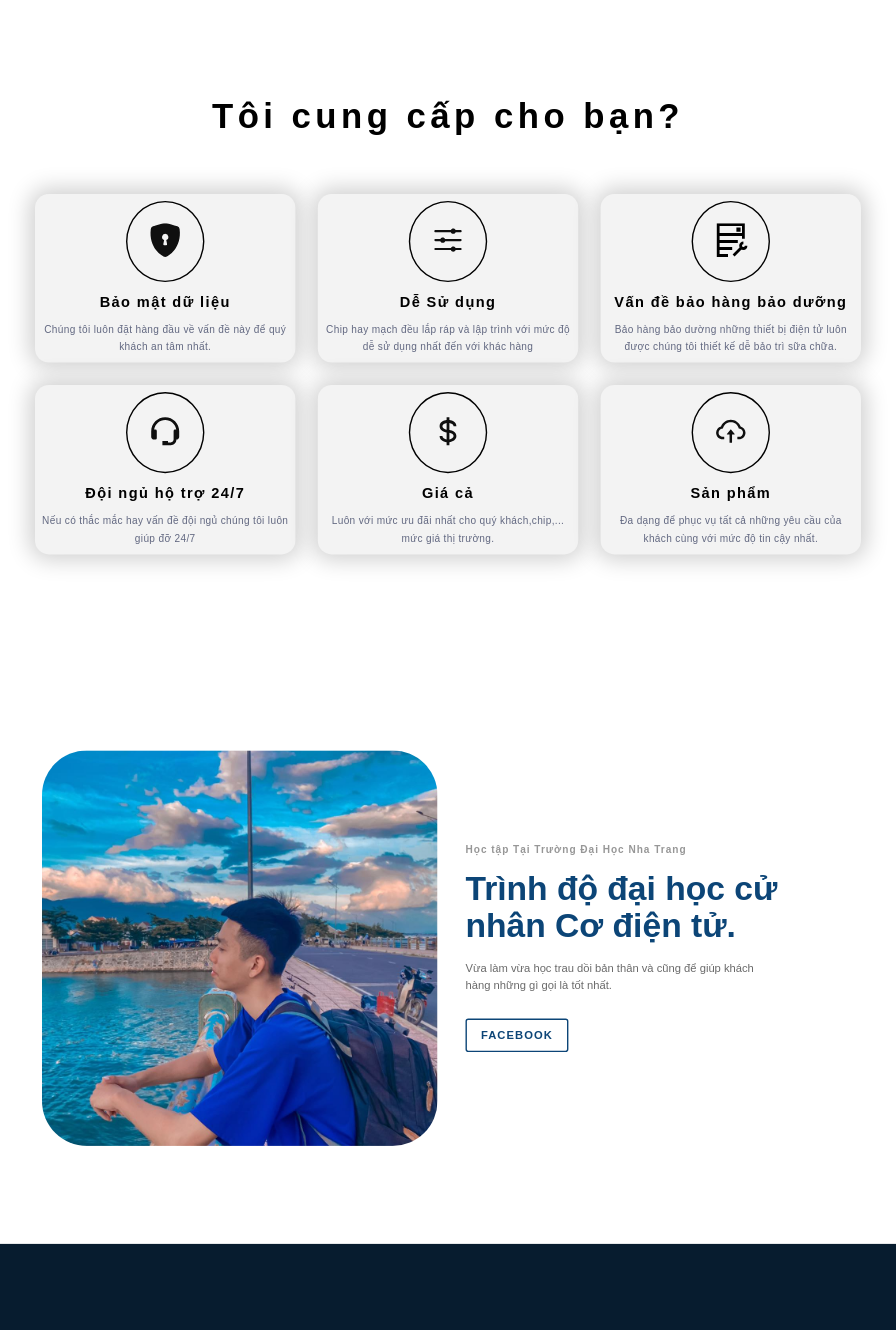
Repository: fdhhhdjd/Profile-Gift-B_H_Q_Trung
Page: /
The author's editor kept a copy of each file at every save. The page is drawn from the files as they stood at one save, then again after the next save.
The browser window is 1280 px wide. The pictures show the part of the page from y = 720 to 2620 px (the page is 4932 px tall), at 70% of full size.
The project was rebuilt for these pictures with package versions that can differ from the ones it lists, and the page was loaded fresh each time. Also part of the build but not shown: src/Styles/PricingStyles.js, src/Data/PricingData.js, src/Pages/PricingPage.js. Imported but missing from the stored project, and not drawn on this page: src/Pages/SignUpPage.

Above is the page before, as saved 2021-10-29 19:43:18.

### public/index.html
<!DOCTYPE html>
<html lang="en">
  <head>
    <meta charset="utf-8" />
    <link rel="icon" href="%PUBLIC_URL%/favicon.ico" />
    <meta name="viewport" content="width=device-width, initial-scale=1" />
    <meta name="theme-color" content="#000000" />
    <meta
      name="description"
      content="Web site created using create-react-app"
    />
    <link rel="apple-touch-icon" href="%PUBLIC_URL%/logo192.png" />
    <!--
      manifest.json provides metadata used when your web app is installed on a
      user's mobile device or desktop. See https://developers.google.com/web/fundamentals/web-app-manifest/
    -->
    <link rel="manifest" href="%PUBLIC_URL%/manifest.json" />
    <!--
      Notice the use of %PUBLIC_URL% in the tags above.
      It will be replaced with the URL of the `public` folder during the build.
      Only files inside the `public` folder can be referenced from the HTML.

      Unlike "/favicon.ico" or "favicon.ico", "%PUBLIC_URL%/favicon.ico" will
      work correctly both with client-side routing and a non-root public URL.
      Learn how to configure a non-root public URL by running `npm run build`.
    -->
    <title>Quốc Trung</title>
  </head>
  <body>
    <noscript>You need to enable JavaScript to run this app.</noscript>
    <div id="root"></div>
    <!--
      This HTML file is a template.
      If you open it directly in the browser, you will see an empty page.

      You can add webfonts, meta tags, or analytics to this file.
      The build step will place the bundled scripts into the <body> tag.

      To begin the development, run `npm start` or `yarn start`.
      To create a production bundle, use `npm run build` or `yarn build`.
    -->
  </body>
</html>

### src/App.js
import logo from "./logo.svg";
import "./App.css";
import { BrowserRouter as Router, Switch, Route } from "react-router-dom";
import {
  Home,
  Navbar,
  GlobalStyles,
  PricingPage,
  Footer,
  ScrollTops,
} from "./Imports/Index";
function App() {
  return (
    <>
      <Router>
        <GlobalStyles />
        <ScrollTops />
        <Navbar />
        <Switch>
          <Route path="/" exact component={Home} />
          <Route path="/pricing" exact component={PricingPage} />
        </Switch>
        <Footer />
      </Router>
    </>
  );
}

export default App;

### src/App.css
.App {
  text-align: center;
}
*{
  text-decoration: none;
}

.App-logo {
  height: 40vmin;
  pointer-events: none;
}

@media (prefers-reduced-motion: no-preference) {
  .App-logo {
    animation: App-logo-spin infinite 20s linear;
  }
}

.App-header {
  background-color: #282c34;
  min-height: 100vh;
  display: flex;
  flex-direction: column;
  align-items: center;
  justify-content: center;
  font-size: calc(10px + 2vmin);
  color: white;
}

.App-link {
  color: #61dafb;
}

@keyframes App-logo-spin {
  from {
    transform: rotate(0deg);
  }
  to {
    transform: rotate(360deg);
  }
}

### src/Imports/Index.js
export { default as Home } from "../Pages/Home";
export { default as PricingPage } from "../Pages/PricingPage";
export { default as SignUpPage } from "../Pages/SignUpPage";
export { default as Navbar } from "../Components/Navbar";
export { default as GlobalStyles } from "../Styles/GlobalStyles";
export { default as Hero } from "../Components/Hero";
export { default as Footer } from "../Pages/Footer";
export { default as ScrollTops } from "../Components/ScrollTops";

### src/Pages/Home.js
import React, { memo, useRef, useEffect } from "react";
import { Hero } from "../Imports/Index";
import FeaturesData from "../Components/FeaturesData";
import { Content } from "../Components/Content";
import { heroOne, heroTwo, heroThree } from "../Data/HeroData";
import Carousel from "../Components/Carousel";
const Home = () => {
  return (
    <>
      <Hero />
      <FeaturesData />
      <Content {...heroOne} />
      <Content {...heroTwo} />
      <Content {...heroThree} />
      <Carousel />
    </>
  );
};

export default memo(Home);

### src/Components/Navbar.js
import React, { useState, memo } from "react";
import { data } from "../Data/NavbarData";
import { FaRProject, FaTimes } from "react-icons/fa";
import { CgMenuRight } from "react-icons/cg";
import { IconContext } from "react-icons";
import { useLocation, useHistory } from "react-router-dom";
import {
  Nav,
  NavbarContainer,
  NavIcon,
  NavLogo,
  MobileIcon,
  NavMenu,
  NavItem,
  NavLinks,
} from "../Styles/NavbarStyles";
const Navbar = () => {
  const [show, setShow] = useState(false);
  let history = useHistory();
  let location = useLocation();
  const handleClick = () => {
    setShow(!show);
  };
  const scrollTo = (id) => {
    const element = document.getElementById(id);

    element.scrollIntoView({
      behavior: "smooth",
    });
  };
  const closeMobileMenu = (to, id) => {
    if (id && location.pathname === "/") {
      scrollTo(id);
    }

    history.push(to);
    setShow(false);
  };

  return (
    <>
      <IconContext.Provider value={{ color: "#fff" }}>
        <Nav>
          <NavbarContainer>
            <NavLogo to="/">
              <NavIcon src="./assets/logo2.png" alt="logo" />
              Trung&nbsp;SaĐéc
            </NavLogo>
            <MobileIcon onClick={handleClick}>
              {show ? <FaTimes /> : <CgMenuRight />}
            </MobileIcon>
            <NavMenu show={show}>
              {data.map((el, index) => (
                <NavItem key={index}>
                  <NavLinks onClick={() => closeMobileMenu(el.to, el.id)}>
                    {el.title}
                  </NavLinks>
                </NavItem>
              ))}
            </NavMenu>
          </NavbarContainer>
        </Nav>
      </IconContext.Provider>
    </>
  );
};

export default memo(Navbar);

### src/Components/Hero.js
import React, { useEffect, useRef, memo } from "react";
import { Button, Container, MainHeading } from "../Styles/GlobalStyles";
import {
  HeroVideo,
  HeroSection,
  HeroText,
  ButtonWrapper,
  HeroButton,
  CardB,
  ContactHero,
} from "../Styles/HeroStyles";
import { Typewriter } from "react-simple-typewriter";
import { Link } from "react-router-dom";
const Hero = () => {
  return (
    <>
      <HeroSection>
        <HeroVideo src="./assets/hero.mp4" autoPlay loop />
        <Container>
          <MainHeading>
            Hi,
            <CardB>
              <Typewriter
                loop
                cursor
                cursorStyle={"_"}
                pauseFor={1000}
                delaySpeed={3000}
                color="red"
                deleteSpeed={100}
                words={["I'm Bùi Huỳnh Quốc Trung "]}
              />
            </CardB>
          </MainHeading>
          <HeroText>
            Tôi,chuyên kiểm thử chip và làm vi mạch thiết bị điện tử tự động.
          </HeroText>
          <ButtonWrapper>
            <Link to="signup">
              <Button>Liên Hệ Ngay</Button>
            </Link>
            <a href="tel:0798805741">
              <HeroButton>Gọi Ngay</HeroButton>
            </a>
          </ButtonWrapper>
        </Container>
      </HeroSection>
    </>
  );
};

export default memo(Hero);

### src/Components/ScrollTops.js
import React, { useEffect, useRef, useState } from "react";
import { BiUpArrow } from "react-icons/bi";
import lottie from "lottie-web";
import { ScrollDiv } from "../Styles/ScrollTop";
const ScrollTops = () => {
  const Scroll = useRef();
  const [visible, SetVisible] = useState(false);
  const ToggleVisible = () => {
    const scroll = document.documentElement.scrollTop;
    if (scroll > 400) {
      SetVisible(true);
    } else if (scroll <= 400) {
      SetVisible(false);
    }
  };
  useEffect(() => {
    window.addEventListener("scroll", ToggleVisible);
    return () => {
      window.removeEventListener("scroll", ToggleVisible);
    };
  }, [visible]);
  const ScrollToTop = () => {
    window.scrollTo({
      top: 0,
      behavior: "smooth",
    });
  };
  useEffect(() => {
    lottie.loadAnimation({
      container: Scroll.current,
      renderer: "svg",
      loop: true,
      autoplay: true,
      animationData: require("../Json/arrowsup.json"),
    });
  }, [visible]);
  return (
    <>
      {visible ? (
        <ScrollDiv onClick={ScrollToTop}>
          <div ref={Scroll}></div>
        </ScrollDiv>
      ) : (
        ""
      )}
    </>
  );
};

export default ScrollTops;

### src/Components/FeaturesData.js
import React, { memo } from "react";
import { Section, Container } from "../Styles/GlobalStyles";
import {
  FeatureText,
  FeatureTitle,
  FeatureWrapper,
  FeatureColumn,
  FeatureImageWrapper,
  FeatureName,
  FeatureTextWrapper,
} from "../Styles/FeaturesStyles";
import { featuresData } from "../Data/FeaturesData";
const FeaturesData = () => {
  const initial = {
    y: 40,
    opacity: 0,
  };
  const animate = {
    y: 0,
    opacity: 1,
  };

  return (
    <>
      <Section smPadding="50px 10px" position="relative" inverse id="about">
        <Container>
          <FeatureTextWrapper>
            <FeatureTitle>Tôi cung cấp cho bạn?</FeatureTitle>
          </FeatureTextWrapper>
          <FeatureWrapper>
            {featuresData.map((el, index) => (
              <>
                <FeatureColumn
                  initial={initial}
                  animate={animate}
                  transition={{ duration: 0.5 + index * 0.1 }}
                  key={index}
                >
                  <FeatureImageWrapper className={el.imgClass}>
                    {el.icon}
                  </FeatureImageWrapper>
                  <FeatureName>{el.name}</FeatureName>
                  <FeatureText>{el.description}</FeatureText>
                </FeatureColumn>
              </>
            ))}
          </FeatureWrapper>
        </Container>
      </Section>
    </>
  );
};

export default memo(FeaturesData);

### src/Components/Content.js
import React, { useEffect, useRef } from "react";
import { Container, Section } from "../Styles/GlobalStyles";
import {
  ContentRow,
  TextWrapper,
  TopLine,
  Heading,
  ContentButton,
  Subtitle,
  ImgWrapper,
  Img,
  ContentColumn,
  ContentA,
  ContentButtonEmail,
  Imgs,
} from "../Styles/ContentStyles";
export const Content = ({
  primary,
  topLine,
  headline,
  description,
  buttonLabel,
  img,
  alt,
  inverse,
  reverse,

  href,

  Arrow,
  imgs,
}) => {
  return (
    <Section inverse={inverse}>
      <Container>
        <ContentRow reverse={reverse}>
          <ContentColumn>
            <TextWrapper>
              <TopLine>{topLine.text}</TopLine>
              <Heading inverse={inverse}>{headline}</Heading>
              <Subtitle inverse={inverse}>{description}</Subtitle>
              <ContentA href={href} target="_blank">
                <ContentButton inverse={inverse} primary={primary}>
                  {buttonLabel}
                </ContentButton>
              </ContentA>
            </TextWrapper>
          </ContentColumn>
          <ContentColumn>
            <ImgWrapper>
              {imgs ? <Imgs src={imgs} alt={alt} /> : <Img options={img} />}
            </ImgWrapper>
          </ContentColumn>
        </ContentRow>
      </Container>
    </Section>
  );
};

### src/Components/Carousel.js
import React, { useState } from "react";
import { FaArrowCircleLeft, FaArrowCircleRight } from "react-icons/fa";
import { IconContext } from "react-icons";
import { data, sliderSettings } from "../Data/CarouselData";
import { Row, Heading, Section, TextWrapper } from "../Styles/GlobalStyles";
import {
  ButtonContainer,
  ReviewSlider,
  ImageWrapper,
  CarouselImage,
  CardButton,
} from "../Styles/CarouselStyles";

const Carousel = () => {
  const [sliderRef, setSliderRef] = useState(null);

  return (
    <Section margin="auto" maxWidth="1280px" padding="50px 70px" inverse>
      <Row justify="space-between" margin="1rem" wrap="wrap">
        <Heading width="auto" inverse>
          Blog cá nhân!
        </Heading>
        <ButtonContainer>
          <IconContext.Provider value={{ size: "3rem", color: "#1d609c" }}>
            <FaArrowCircleLeft onClick={sliderRef?.slickPrev} />
            <FaArrowCircleRight onClick={sliderRef?.slickNext} />
          </IconContext.Provider>
        </ButtonContainer>
      </Row>

      <ReviewSlider {...sliderSettings} ref={setSliderRef}>
        {data.map((el, index) => (
          <ImageWrapper key={index}>
            <CarouselImage src={el.image} />
            <TextWrapper size="1.1rem" margin="0.4rem 0 0" weight="bold">
              {el.title}
            </TextWrapper>
            <TextWrapper size="0.9rem" margin="0.7rem" color="#4f4f4f">
              {el.description}
            </TextWrapper>
            <CardButton>Learn More</CardButton>
          </ImageWrapper>
        ))}
      </ReviewSlider>
    </Section>
  );
};

export default Carousel;

### src/Data/NavbarData.js
export const data = [
  {
    to: "/",
    title: "About",
    id: "about",
  },
  {
    to: "/signup",
    title: "Contact",
  },
  {
    to: "/pricing",
    title: "Pricing",
  },
];

### src/Styles/HeroStyles.js
import styled from "styled-components";
import { Button } from "../Styles/GlobalStyles";

export const HeroSection = styled.section`
  height: 100vh;
  background-position: center;
  background-size: cover;
  padding-top: clamp(70px, 25vh, 220px);
  box-shadow: inset 0 0 0 1000px rgba (0, 0, 0, 0.2);
`;

export const HeroVideo = styled.video`
  object-fit: cover;
  width: 100%;
  height: 100%;
  background: linear-gradient(to right, rgba(0, 0, 0, 0.7), rgba(0, 0, 0, 0.1));
  top: 0;
  position: absolute;
  z-index: -1;
`;

export const HeroText = styled.p`
  margin-bottom: 35px;
  font-size: clamp(0.9rem, 1.5vw, 1.3rem);
  line-height: 24px;
  text-align: center;
  letter-spacing: 2px;
  color: #fff;
`;

export const ButtonWrapper = styled.div`
  width: 100%;
  display: flex;
  justify-content: center;
  flex-flow: wrap;
  gap: 0.5rem;
`;

export const HeroButton = styled(Button)`
  color: black;

  &:before {
    background: #fff;
    height: 500%;
  }

  &:hover:before {
    height: 0%;
  }

  &:hover {
    color: white;
  }
`;
export const CardB = styled.b`
  color: blue;
`;
export const ContactHero = styled.b`
  width: 15px;
  height: 15px;
`;

### src/Styles/ScrollTop.js
import styled from "styled-components";
export const ScrollDiv = styled.div`
  background-color: rgb(18, 18, 88);
  border-radius: 100%;
  position: fixed;
  height: 4rem;
  width: 4rem;
  bottom: 40px;
  right: 40px;
  z-index: 2000;
  cursor: pointer;
  display: flex;
  justify-content: center;
  align-items: center;
  @media screen and (min-width: 320px) and (max-width: 480px) {
    width: 5rem;
    height: 5rem;
  }
`;

### src/Styles/FeaturesStyles.js
import styled from "styled-components";

export const FeatureTitle = styled.h2`
  text-align: center;
  font-size: clamp(1.3rem, 13vw, 3.1rem);
  line-height: 1.06;
  letter-spacing: 0.4rem;
  margin: auto;
`;

export const FeatureTextWrapper = styled.div`
  position: relative;
  padding: 0 0 20px;
  margin-bottom: 4rem;
`;

export const FeatureWrapper = styled.div`
  display: grid;
  grid-template-columns: repeat(3, 1fr);
  margin-top: 4rem;
  grid-gap: 2rem;

  @media screen and (max-width: 1100px) {
    grid-template-columns: repeat(2, 1fr);
    grid-row-gap: 3rem;
  }

  @media screen and (max-width: 568px) {
    grid-template-columns: repeat(1, 1fr);
  }
`;

export const FeatureColumn = styled.div`
  display: flex;
  flex-flow: column;
  justify-content: center;
  align-items: center;
  background: #f3f3f3;
  padding: 10px;
  box-shadow: 0 0 32px 8px #d0d0d0;
  border-radius: 20px;
`;

export const FeatureImageWrapper = styled.div`
  margin-bottom: 1rem;
  border-radius: 50%;
  border: 2px solid #000;

  padding: 30px;
`;
export const FeatureName = styled.h3`
  font-weight: 600;
  font-size: 1.3rem;
  letter-spacing: 2px;

  @media screen and (max-width: 768px) {
    font-weight: 400;
    font-size: 1rem;
    letter-spacing: 1.3px;
  }
`;
export const FeatureText = styled.p`
  margin: 1rem 0 auto;
  text-align: center;
  font-size: 0.9rem;
  line-height: 1.73;
  letter-spacing: 0.5px;
  color: #626881;

  @media screen and (max-width: 768px) {
    display: none;
  }
`;

### src/Data/FeaturesData.js
import React from "react";

import { BsFillShieldLockFill } from "react-icons/bs";
import { IoIosOptions } from "react-icons/io";
import { AiOutlineCloudUpload } from "react-icons/ai";
import { BiSupport, BiDollar } from "react-icons/bi";
import { GrHostMaintenance } from "react-icons/gr";
const iconStyle = (Icon) => <Icon size="3rem" color="#0f0f0f" />;

export const featuresData = [
  {
    name: "Bảo mật dữ liệu",
    description:
      "Chúng tôi luôn đặt hàng đầu về vấn đề này để quý khách an tâm nhất.",
    icon: iconStyle(BsFillShieldLockFill),
    imgClass: "one",
  },
  {
    name: "Dễ Sử dụng",
    description:
      "Chip hay mạch đều lắp ráp và lập trình với mức độ dễ sử dụng nhất đến với khác hàng ",
    icon: iconStyle(IoIosOptions),
    imgClass: "two",
  },
  {
    name: "Vấn đề bảo hàng bảo dưỡng",
    description:
      "Bảo hàng bảo dường những thiết bị điện tử luôn được chúng tôi thiết kế dễ bảo trì sữa chữa.",
    icon: iconStyle(GrHostMaintenance),
    imgClass: "three",
  },
  {
    name: " Đội ngủ hộ trợ 24/7 ",
    description:
      "Nếu có thắc mắc hay vấn đề đội ngủ chúng tôi luôn giúp đỡ 24/7",
    icon: iconStyle(BiSupport),
    imgClass: "four",
  },
  {
    name: "Giá cả",
    description:
      "Luôn với mức ưu đãi nhất cho quý khách,chip,... mức giá thị trường.",
    icon: iconStyle(BiDollar),
    imgClass: "five",
  },
  {
    name: "Sản phẩm",
    description:
      "Đa dạng để phục vụ tất cả những yêu cầu của khách cùng với mức độ tin cậy nhất. ",
    icon: iconStyle(AiOutlineCloudUpload),
    imgClass: "six",
  },
];

### src/Data/CarouselData.js
export const data = [
  {
    title: "Những gì khách hàng đánh giá",
    description:
      "Khách hàng của chúng tôi vui vẻ ở lại với dịch vụ của chúng tôi trong vài năm nay.",
    image: "./assets/clients.jpg",
  },
  {
    title: "Mức độ bảo mật  ",
    description:
      "Được IT viết phần mềm bảo mật rất tốt và có vẻ như bất bại trước các hacker",
    image: "./assets/security.jpg",
  },
  {
    title: "Đội nhóm",
    description: "Đội nhóm chúng tôi có đầy đủ các yếu tố kể cả về AI,WEB,...",
    image: "./assets/teamwork.jpg",
  },
  {
    title: "Mức độ sử lý",
    description:
      "Mức độ sử lý nhanh và mạnh giúp bạn trãi nghiệm không khác gì một con mãnh thú",
    image:
      "https://images.pexels.com/photos/325229/pexels-photo-325229.jpeg?cs=srgb&dl=pexels-manuel-geissinger-325229.jpg&fm=jpg",
  },
  {
    title: "Khách hàng đầu tiên ",
    description:
      "Khác hàng đầu tiên chúng tôi sử dụng không ai khác đó chính là gia đình tôi.",
    image:
      "https://images.unsplash.com/photo-1522071820081-009f0129c71c?ixid=MnwxMjA3fDB8MHxwaG90by1wYWdlfHx8fGVufDB8fHx8&ixlib=rb-1.2.1&auto=format&fit=crop&w=1170&q=80",
  },
];

export const sliderSettings = {
  arrows: false,
  slidesToShow: 3,
  focusOnselect: false,
  accessability: false,
  responsive: [
    {
      breakpoint: 1280,
      settings: {
        slidesToShow: 2,
      },
    },

    {
      breakpoint: 900,
      settings: {
        slidesToShow: 1,
      },
    },
  ],
};

### src/Styles/CarouselStyles.js
import styled from "styled-components";
import { Row } from "../Styles/GlobalStyles";
import Slider from "react-slick";

export const CarouselImage = styled.img`
  width: 100%;
  height: 300px;
  border-radius: 10px 10px 0 0;
  object-fit: cover;
  vertical-align: middle;
`;

export const ImageWrapper = styled.div`
  width: 90%;
  display: flex !important;
  justify-content: center;
  flex-direction: column;
  align-items: center;
  border-radius: 10px;
  outline: none;
  height: 430px;

  @media screen and (min-width: 440px) {
    border: 1px solid #bebebe;
  }
`;

export const ButtonContainer = styled(Row)`
  & svg {
    margin: 0 1rem;
    cursor: pointer;
  }

  & svg:hover {
    opacity: 0.7;
    transition: opacity 0.2s ease-in;
  }
  @media screen and (max-width: 960px) {
    margin: 0 auto;
  }
`;

export const ReviewSlider = styled(Slider)`
  width: 100%;

  .slick-track {
    display: flex;
    padding: 30px;
    gap: 3rem;
  }
  .slick-slide {
    display: flex;
    justify-content: center;
    margin-bottom: 1;
    outline: none;
  }

  .slick-list {
    overflow: hidden;
  }
`;

export const CardButton = styled.button`
  background-color: #1d609c;
  font-size: 1.3rem;
  padding: 5px 10px;
  color: #fff;
  cursor: pointer;
  width: 100%;
  font-weight: 600;
  margin: auto 0 0 0;
  border: none;
  border-radius: 0 0 10px 10px;

  &:hover {
    background-color: #112f4a;
    transition: background-color 0.2s ease-in;
  }
`;

Loaded but not shown: src/index.js (common file); src/index.css (common file); src/reportWebVitals.js (common file); src/Json/study.json (1 lines, source omitted); src/Json/practice.json (1 lines, source omitted); src/Json/arrowsup.json (550 lines, source omitted); src/Styles/GlobalStyles.js (140 lines, source omitted); src/Styles/ContentStyles.js (205 lines, source omitted); src/Styles/FooterStyles.js (161 lines, source omitted); src/Styles/NavbarStyles.js (135 lines, source omitted); src/Data/FooterData.js (92 lines, source omitted); src/Data/HeroData.js (71 lines, source omitted); src/Pages/Footer.js (62 lines, source omitted)

After the next save:
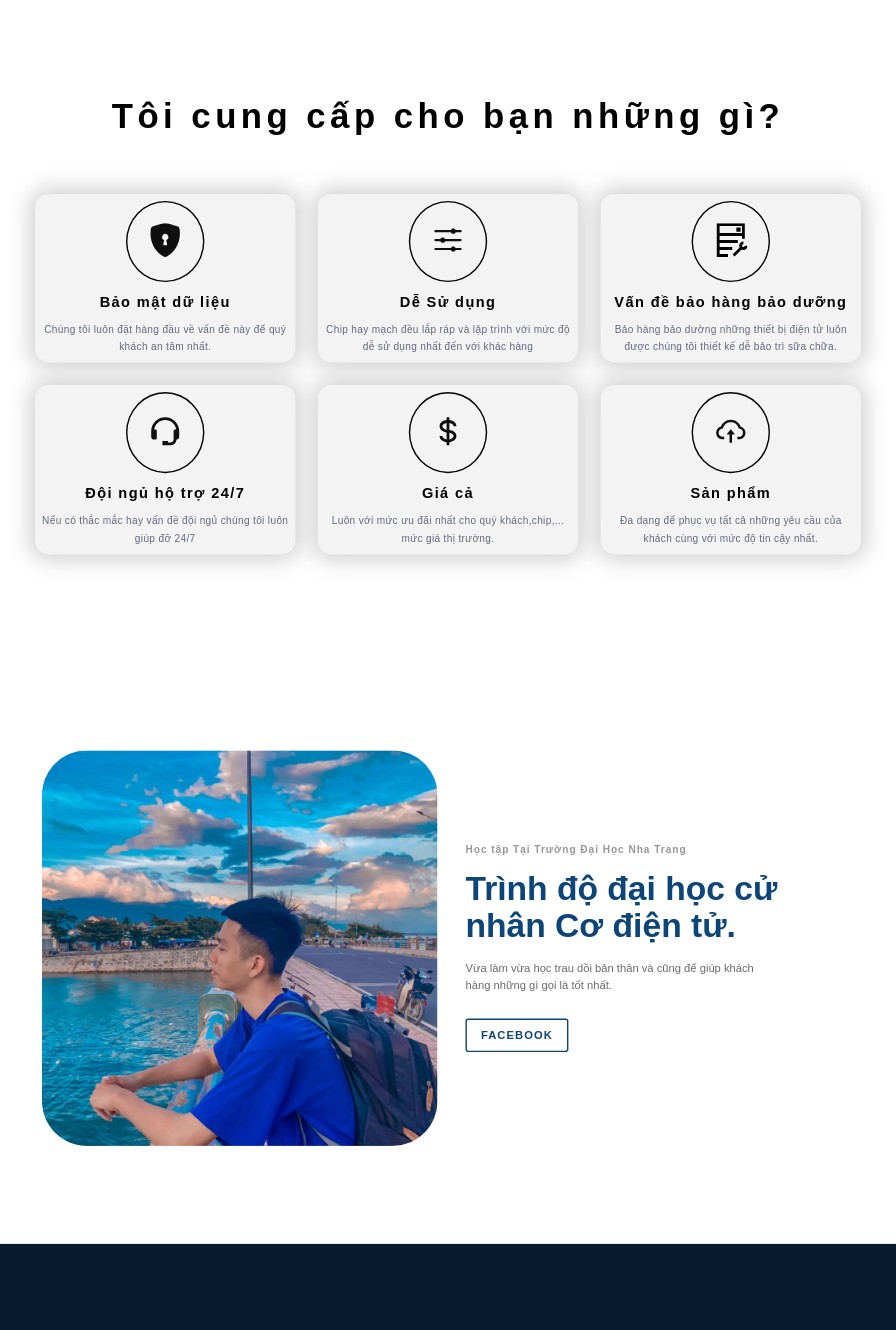
Saved 11 s later.
--- a/src/Components/FeaturesData.js
+++ b/src/Components/FeaturesData.js
@@ -25,7 +25,7 @@ const FeaturesData = () => {
       <Section smPadding="50px 10px" position="relative" inverse id="about">
         <Container>
           <FeatureTextWrapper>
-            <FeatureTitle>Tôi cung cấp cho bạn?</FeatureTitle>
+            <FeatureTitle>Tôi cung cấp cho bạn những gì?</FeatureTitle>
           </FeatureTextWrapper>
           <FeatureWrapper>
             {featuresData.map((el, index) => (
